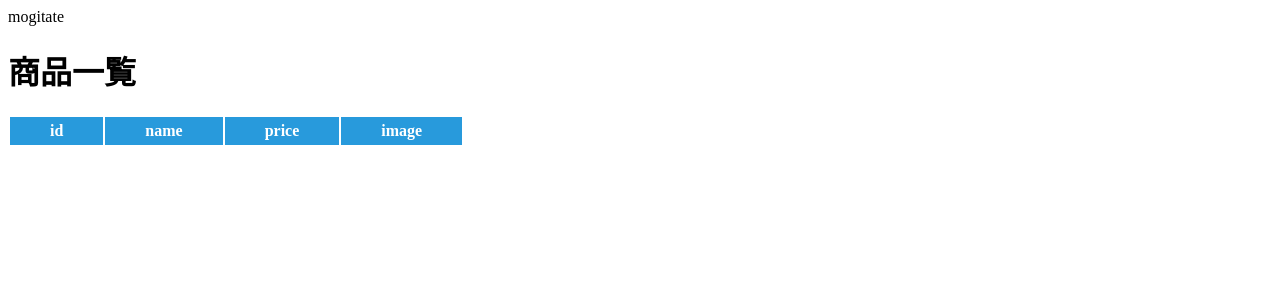
Repository: SuzukiFuminori/test-fruit
Page: http://localhost/products
An editor plug-in stored every save of this project. The page is shown before and after a run of saves, followed by the edit.
The browser window is 1280 px wide. The pictures show the whole page.
The page is served by the project's Laravel application, run on PHP 8.4 with Laravel 8. Queries for data that is not in the repository find no rows.

Above is the page before, as saved 2024-12-29 21:32:53.

After the next 2 saves:
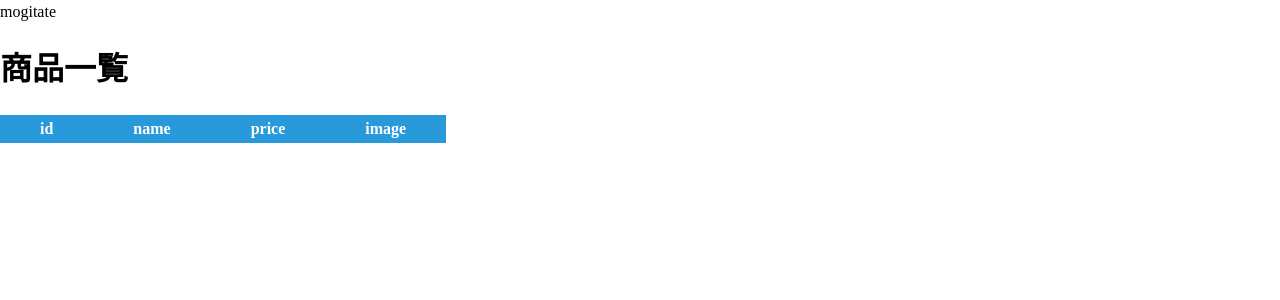
The 2 saves are shown as one change because 1 did not build or start.
The last was saved 15 s later.
--- a/src/resources/views/layouts/default.blade.php
+++ b/src/resources/views/layouts/default.blade.php
@@ -5,7 +5,7 @@
   <meta charset="UTF-8">
   <meta name="viewport" content="width=device-width, initial-scale=1.0">
   <title>@yield('title')</title>
-  <link rel="stylesheet" href=""
+  <link rel="stylesheet" href="{{ asset('css/sanitize.css')}}"
   @yield('css')
 </head>
 <body>
